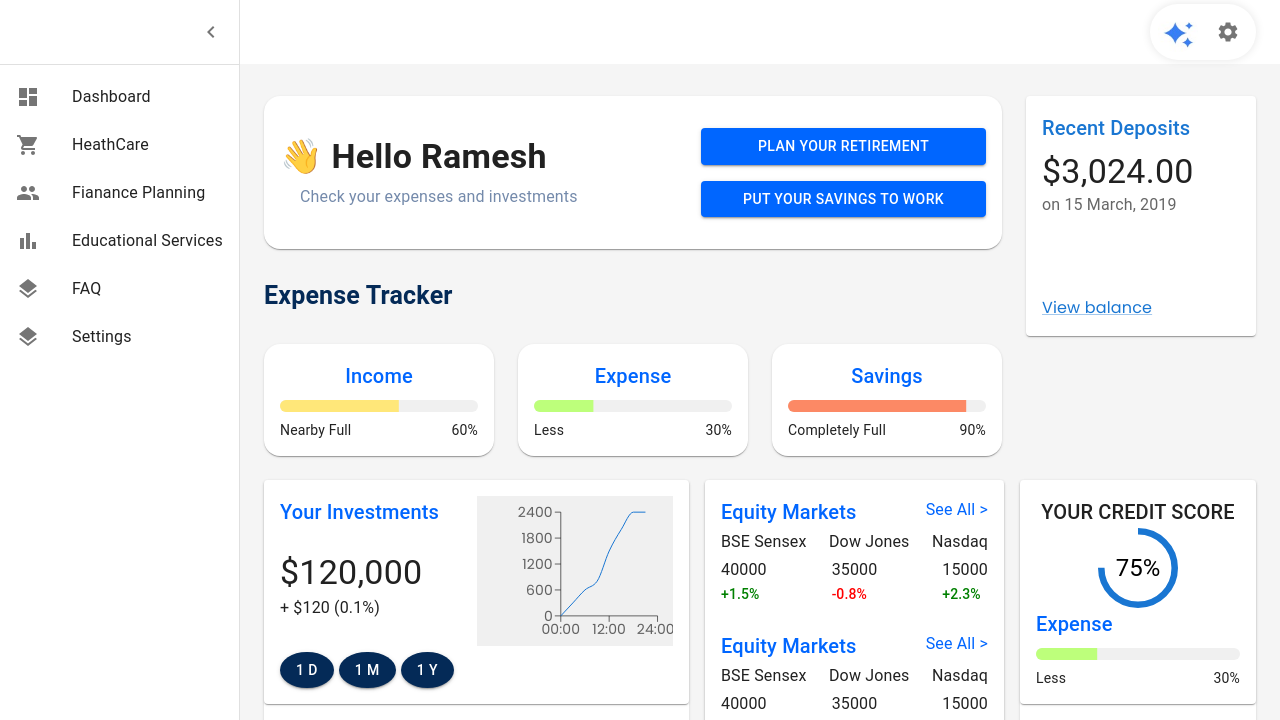
Repository: shubhampirate/TIAA_Retirement_hackathon
Page: /
These files come from the project's save history. The page is drawn as it stood at one moment and after the next save; the edit follows.
The browser window is 1280 px wide. The pictures show the whole page.
An inner scrolling area shows only its first screen. The project was rebuilt for these pictures with package versions that can differ from the ones it lists, and the page was loaded fresh each time. Also part of the build but not shown: src/Components/CustomButton.jsx, src/Components/Navbar.jsx, src/Components/Properties.jsx, src/Components/Footer.jsx, src/Components/Hero.jsx, src/pages/Sign_In.jsx.

Above is the page before, as saved 2023-11-15 13:04:24.

### src/index.css
@import url("https://fonts.googleapis.com/css2?family=Poppins:wght@400;500;700&display=swap");

* {
  margin: 0;
  padding: 0;
  box-sizing: border-box;
  font-family: "Poppins", sans-serif;
}

body {
  margin: 0;
  -webkit-font-smoothing: antialiased;
  -moz-osx-font-smoothing: grayscale;
}

code {
  font-family: source-code-pro, Menlo, Monaco, Consolas, "Courier New",
    monospace;
}

### src/App.jsx
import Hero from "./Components/Hero";
import SignIn from "./pages/Sign_In";
import Dashboard from "./Components/Dashboard";

function App() {
  return (
    <>
      {/* <Hero /> */}
      {/* <SignIn/> */}
      <Dashboard />
    </>
  );
}

export default App;

### src/Components/Dashboard.jsx
import * as React from 'react';
import { styled, createTheme, ThemeProvider } from '@mui/material/styles';
import CssBaseline from '@mui/material/CssBaseline';
import MuiDrawer from '@mui/material/Drawer';
import Box from '@mui/material/Box';
import MuiAppBar from '@mui/material/AppBar';
import Toolbar from '@mui/material/Toolbar';
import List from '@mui/material/List';
import Typography from '@mui/material/Typography';
import Divider from '@mui/material/Divider';
import IconButton from '@mui/material/IconButton';
// import Badge from '@mui/material/Badge';
import Container from '@mui/material/Container';
import Grid from '@mui/material/Grid';
import Paper from '@mui/material/Paper';
// import Link from '@mui/material/Link';
import MenuIcon from '@mui/icons-material/Menu';
import ChevronLeftIcon from '@mui/icons-material/ChevronLeft';
// import NotificationsIcon from '@mui/icons-material/Notifications';
import SettingsIcon from '@mui/icons-material/Settings';
import { mainListItems } from './listItems';
// import Chart from './Chart';
import Deposits from './Deposits';

import heroImg_3 from "../media/img_3.jpeg";
import Button from '@mui/material/Button';
import LinearProgress from '@mui/material/LinearProgress';
import YourComponent from './YourComponent';

  const Title = styled(Typography)(({ theme }) => ({
    fontSize: "25px",
    color: "#042A57",
    fontWeight: "bold",
    textAlign: "left",
    margin: theme.spacing(4, 0, 4, 0),
    [theme.breakpoints.down("sm")]: {
      fontSize: "30px",
    },
  }));
const drawerWidth = 240;

const AppBar = styled(MuiAppBar, {
  shouldForwardProp: (prop) => prop !== 'open',
})(({ theme, open }) => ({
  zIndex: theme.zIndex.drawer + 1,
  transition: theme.transitions.create(['width', 'margin'], {
    easing: theme.transitions.easing.sharp,
    duration: theme.transitions.duration.leavingScreen,
  }),
  ...(open && {
    marginLeft: drawerWidth,
    width: `calc(100% - ${drawerWidth}px)`,
    transition: theme.transitions.create(['width', 'margin'], {
      easing: theme.transitions.easing.sharp,
      duration: theme.transitions.duration.enteringScreen,
    }),
  }),
}));


const ProgressBarBox = ({ title, value }) => {
    let indicatorText = '';
    let color = '';

    if (value <= 30) {
      indicatorText = 'Less';
      color = '#BDFF7B';
    } else if (value <= 70) {
      indicatorText = 'Nearby Full';
      color = '#FFE779';
    } else {
      indicatorText = 'Completely Full';
      color = '#FC8965';
    }

    return (
      <Grid item xs={12} sm={6} md={4}>
        <Paper
          sx={{
            p: 2,
            display: 'flex',
            flexDirection: 'column',
            alignItems: 'center',
            borderRadius: '16px',
          }}
        >
          <Typography variant="h6" sx={{ mb: 1, color: "#0066FF" }}>
            {title}
          </Typography>
          <LinearProgress
          variant="determinate"
          value={value}
          sx={{
            width: '100%',
            height: '12px',
            borderRadius: '8px',
            backgroundColor: '#f0f0f0',
            marginBottom: '8px',
            '& .MuiLinearProgress-bar': {
              backgroundColor: color,
            },
          }}
        />

          <Box
          sx={{
            display: 'flex',
            justifyContent: 'space-between',
            width: '100%',

          }}
        >
          <Typography variant="body2">{indicatorText}</Typography>
          <Typography variant="body2">{value}%</Typography>
        </Box>
        </Paper>
      </Grid>
    );
  };
const Drawer = styled(MuiDrawer, { shouldForwardProp: (prop) => prop !== 'open' })(
  ({ theme, open }) => ({
    '& .MuiDrawer-paper': {
      position: 'relative',
      whiteSpace: 'nowrap',
      width: drawerWidth,
      transition: theme.transitions.create('width', {
        easing: theme.transitions.easing.sharp,
        duration: theme.transitions.duration.enteringScreen,
      }),
      boxSizing: 'border-box',
      ...(!open && {
        overflowX: 'hidden',
        transition: theme.transitions.create('width', {
          easing: theme.transitions.easing.sharp,
          duration: theme.transitions.duration.leavingScreen,
        }),
        width: theme.spacing(7),
        [theme.breakpoints.up('sm')]: {
          width: theme.spacing(9),
        },
      }),
    },
  }),
);

// TODO remove, this demo shouldn't need to reset the theme.
const defaultTheme = createTheme();

export default function Dashboard() {
  const [open, setOpen] = React.useState(true);
  const toggleDrawer = () => {
    setOpen(!open);
  };

  return (
    <ThemeProvider theme={defaultTheme}>
      <Box sx={{ display: 'flex' }}>
        <CssBaseline />
        <AppBar position="absolute" open={open} sx={{ backgroundColor: "#fff", boxShadow: 'none' }}>
  <Toolbar
    sx={{
      pr: '24px', // keep right padding when drawer closed
      display: 'flex',
      alignItems: 'center',
      justifyContent: 'space-between',
    }}
  >
    <Box sx={{ display: 'flex', alignItems: 'center' }}>
      <IconButton
        edge="start"
        aria-label="open drawer"
        onClick={toggleDrawer}
        sx={{
          marginRight: '36px',
          ...(open && { display: 'none' }),
        }}
      >
        <MenuIcon />
      </IconButton>

    </Box>

    <Box sx={{ display: 'flex', alignItems: 'center', boxShadow: '0px 0px 10px rgba(0, 0, 0, 0.1)', borderRadius: '40px', padding: '8px' }}>
  {/* User profile image */}
  <img
    src={heroImg_3}
    alt="User Profile"
    style={{ borderRadius: '50%', width: '40px', height: '40px', marginRight: '10px' }}
  />

  {/* Settings button */}
  <IconButton >

    <SettingsIcon />
  </IconButton>
</Box>
  </Toolbar>
</AppBar>

        <Drawer variant="permanent" open={open}>
          <Toolbar
            sx={{
              display: 'flex',
              alignItems: 'center',
              justifyContent: 'flex-end',
              px: [1],
            }}
          >
            <IconButton onClick={toggleDrawer}>
              <ChevronLeftIcon />
            </IconButton>
          </Toolbar>
          <Divider />
          <List component="nav">
            {mainListItems}
            {/* <Divider sx={{ my: 1 }} /> */}
            {/* {secondaryListItems} */}
          </List>
        </Drawer>
        <Box
          component="main"
          sx={{
            backgroundColor: (theme) =>
              theme.palette.mode === 'light'
                ? theme.palette.grey[100]
                : theme.palette.grey[900],
            flexGrow: 1,
            height: '100vh',
            overflow: 'auto',
          }}
        >
          <Toolbar />
          <Container maxWidth="lg" sx={{ mt: 4, mb: 4 }}>
            <Grid container spacing={3}>

            <Grid item xs={12} md={8} lg={9}>
  <Paper
    sx={{
      p: 2,
      display: 'flex',
      flexDirection: 'column',
      alignItems: 'center',
      borderRadius: '16px', // Adjust the value as needed for more or less curvature
    }}
  >
    {/* Left side content */}
    <Grid container spacing={2} alignItems="center">
      <Grid item xs={12} md={7 }>
        <Typography variant="h4" sx={{ mb: 1, fontWeight: 'bold'}}>
        👋  Hello Ramesh
        </Typography>
        <Typography variant="body1" sx={{color:"#748AAB", paddingLeft:"20px"}}>
          Check your expenses and investments
        </Typography>
      </Grid>

      {/* Right side content */}
      <Grid item xs={12} md={5} sx={{ display: 'flex', flexDirection: 'column', alignItems: 'center' }}>
        <Button variant="contained"  sx={{ width: '100%', backgroundColor: '#0066FF', color: '#fff', mb: { xs: 1, md: 2 } ,mt:{xs:0, md:2}  }}>
        Plan your retirement
        </Button>
        <Button variant="contained"  sx={{ width: '100%', backgroundColor: '#0066FF', color: '#fff', mb:{xs:1, md:2} }}>
        Put your savings to work
        </Button>
      </Grid>
    </Grid>
  </Paper>
  <Title variant="h4" sx={{color: "#042A57"}}>
             Expense Tracker
            </Title>
            <Grid container spacing={3}>
      <ProgressBarBox title="Income" value={60} />
      <ProgressBarBox title="Expense" value={30} />
      <ProgressBarBox title="Savings" value={90} />
    </Grid>
</Grid>


               {/* Recent Deposits */}
              <Grid item xs={12} md={4} lg={3}>
                <Paper
                  sx={{
                    p: 2,
                    display: 'flex',
                    flexDirection: 'column',
                    height: 240,
                  }}
                >
                  <Deposits />
                </Paper>
              </Grid>
              {/* Recent Orders */}
              <Grid item xs={12}>
                {/* <Paper sx={{ p: 2, display: 'flex', flexDirection: 'column' }}> */}
                  <YourComponent />
                {/* </Paper> */}
              </Grid>
            </Grid>

          </Container>
        </Box>
      </Box>
    </ThemeProvider>
  );
}

### src/Components/listItems.jsx
import * as React from 'react';
import ListItemButton from '@mui/material/ListItemButton';
import ListItemIcon from '@mui/material/ListItemIcon';
import ListItemText from '@mui/material/ListItemText';
import ListSubheader from '@mui/material/ListSubheader';
import DashboardIcon from '@mui/icons-material/Dashboard';
import ShoppingCartIcon from '@mui/icons-material/ShoppingCart';
import PeopleIcon from '@mui/icons-material/People';
import BarChartIcon from '@mui/icons-material/BarChart';
import LayersIcon from '@mui/icons-material/Layers';
import AssignmentIcon from '@mui/icons-material/Assignment';

export const mainListItems = (
  <React.Fragment>
    <ListItemButton>
      <ListItemIcon>
        <DashboardIcon />
      </ListItemIcon>
      <ListItemText primary="Dashboard" />
    </ListItemButton>
    <ListItemButton>
      <ListItemIcon>
        <ShoppingCartIcon />
      </ListItemIcon>
      <ListItemText primary="HeathCare" />
    </ListItemButton>
    <ListItemButton>
      <ListItemIcon>
        <PeopleIcon />
      </ListItemIcon>
      <ListItemText primary="Fianance Planning" />
    </ListItemButton>
    <ListItemButton>
      <ListItemIcon>
        <BarChartIcon />
      </ListItemIcon>
      <ListItemText primary="Educational Services" />
    </ListItemButton>
    <ListItemButton>
      <ListItemIcon>
        <LayersIcon />
      </ListItemIcon>
      <ListItemText primary="FAQ" />
    </ListItemButton>
    <ListItemButton>
      <ListItemIcon>
        <LayersIcon />
      </ListItemIcon>
      <ListItemText primary="Settings" />
    </ListItemButton>
  </React.Fragment>
);

// export const secondaryListItems = (
//   <React.Fragment>
//     <ListSubheader component="div" inset>
//       Saved reports
//     </ListSubheader>
//     <ListItemButton>
//       <ListItemIcon>
//         <AssignmentIcon />
//       </ListItemIcon>
//       <ListItemText primary="Current month" />
//     </ListItemButton>
//     <ListItemButton>
//       <ListItemIcon>
//         <AssignmentIcon />
//       </ListItemIcon>
//       <ListItemText primary="Last quarter" />
//     </ListItemButton>
//     <ListItemButton>
//       <ListItemIcon>
//         <AssignmentIcon />
//       </ListItemIcon>
//       <ListItemText primary="Year-end sale" />
//     </ListItemButton>
//   </React.Fragment>
// );

### src/Components/YourComponent.jsx
import React from 'react';
import { Box,Grid, Paper, Typography, CircularProgress, LinearProgress, Button } from '@mui/material';
import Chart from './Chart';
// import ArrowForwardIcon from '@mui/icons-material/ArrowForward';



const InvestmentsBox = () => (
  <Paper sx={{ p: 2, display: 'flex', flexDirection: 'column', alignItems: 'center' }}>
    <div style={{ display: 'flex', justifyContent: 'space-between', width: '100%' }}>
      <div style={{ textAlign: 'left' }}>
        <Typography variant="h6" sx={{color: '#0066FF' }}>Your Investments</Typography>
        <Typography variant="h4" sx={{mt:3}}>$120,000</Typography>
        <Typography variant="subtitle1">+ $120 (0.1%)</Typography>
        {/* Options to choose from */}
        <div style={{ display: 'flex', marginTop: '30px' }}>
          <Button
            variant="contained"
            style={{
              backgroundColor: '#042A57',
              color: '#FFF',
              borderRadius: '50%',
              minWidth: 'unset',
              marginRight: '5px',
            }}
          >
            1 D
          </Button>
          <Button
            variant="contained"
            style={{
              backgroundColor: '#042A57',
              color: '#FFF',
              borderRadius: '50%',
              minWidth: 'unset',
              marginRight: '5px',
            }}
          >
            1 M
          </Button>
          <Button
            variant="contained"
            style={{
              backgroundColor: '#042A57',
              color: '#FFF',
              borderRadius: '50%',
              minWidth: 'unset',
            }}
          >
            1 Y
          </Button>
        </div>
      </div>
      {/* Chart (replace with your actual chart component) */}
      <div style={{ width: '50%', height: '150px', backgroundColor: '#f0f0f0' }}>
        {/* Replace this div with your actual chart component */}
        <div style={{ width: '100%', height: '100%', display: 'flex', justifyContent: 'center', alignItems: 'center' }}>
          <Chart />
        </div>
      </div>
    </div>
  </Paper>
);


const EquityMarketsBox = () => {
  // Mock data for market values
  const marketData = [
    { name: 'BSE Sensex', currentPrice: 40000, increasePercentage: 1.5 },
    { name: 'Dow Jones', currentPrice: 35000, increasePercentage: -0.8 },
    { name: 'Nasdaq', currentPrice: 15000, increasePercentage: 2.3 },
  ];

  return (
    <Paper sx={{ p: 2, display: 'flex', flexDirection: 'column' }}>
  <Typography variant="h6" style={{ display: 'flex', justifyContent: 'space-between', color: '#0066FF' }}>
        Equity Markets
        <Typography variant="subtitle1" style={{ cursor: 'pointer' }}>
          See All &gt;
        </Typography>
      </Typography>
    {/* Display market names in the first line */}
    <div style={{ display: 'flex', justifyContent: 'space-between' }}>
      {marketData.map((market) => (
        <Typography key={market.name} variant="subtitle1">{market.name}</Typography>
      ))}
    </div>
    {/* Display market values in the second line */}
    <div style={{ display: 'flex', justifyContent: 'space-between' }}>
      {marketData.map((market) => (
        <div key={market.name}>
          <Typography variant="subtitle1">{market.currentPrice}</Typography>
          <Typography variant="subtitle2" style={{ color: market.increasePercentage >= 0 ? 'green' : 'red' }}>
            {market.increasePercentage >= 0 ? '+' : ''}{market.increasePercentage}%
          </Typography>
        </div>
      ))}
    </div>
 <br />
  <Typography variant="h6" style={{ display: 'flex', justifyContent: 'space-between', color: '#0066FF' }}>
        Equity Markets
        <Typography variant="subtitle1" style={{ cursor: 'pointer' }}>
          See All &gt;
        </Typography>
      </Typography>
    {/* Display market names in the first line */}
    <div style={{ display: 'flex', justifyContent: 'space-between' }}>
      {marketData.map((market) => (
        <Typography key={market.name} variant="subtitle1">{market.name}</Typography>
      ))}
    </div>
    {/* Display market values in the second line */}
    <div style={{ display: 'flex', justifyContent: 'space-between' }}>
      {marketData.map((market) => (
        <div key={market.name}>
          <Typography variant="subtitle1">{market.currentPrice}</Typography>
          <Typography variant="subtitle2" style={{ color: market.increasePercentage >= 0 ? 'green' : 'red' }}>
            {market.increasePercentage >= 0 ? '+' : ''}{market.increasePercentage}%
          </Typography>
        </div>
      ))}
    </div>

  </Paper>
);
};



// Component for the third box
  // Component for the first box
const ProgressBarBox = ({ title, value }) => {
    let indicatorText = '';
    let color = '';

    if (value <= 30) {
      indicatorText = 'Less';
      color = '#BDFF7B';
    } else if (value <= 70) {
      indicatorText = 'Nearby Full';
      color = '#FFE779';
    } else {
      indicatorText = 'Completely Full';
      color = '#FC8965';
    }

    return (
      <Grid container>
        <Typography variant="h6" sx={{ mb: 1, color: "#0066FF" }}>
          {title}
        </Typography>
        <LinearProgress
          variant="determinate"
          value={value}
          sx={{
            width: '100%',
            height: '12px',
            borderRadius: '8px',
            backgroundColor: '#f0f0f0',
            marginBottom: '8px',
            '& .MuiLinearProgress-bar': {
              backgroundColor: color,
            },
          }}
        />
        <Box
          sx={{
            display: 'flex',
            justifyContent: 'space-between',
            width: '100%',
          }}
        >
          <Typography variant="body2">{indicatorText}</Typography>
          <Typography variant="body2">{value}%</Typography>
        </Box>
      </Grid>
    );
  };

  // Component for the third box
  const CreditScoreBox = () => (
    <Paper sx={{ p: 2, display: 'flex', flexDirection: 'column', alignItems: 'center', position: 'relative' }}>
      <Typography variant="h6">YOUR CREDIT SCORE</Typography>
      {/* Circular Progress Bar */}
      <div style={{ position: 'relative', width: '80px', height: '80px' }}>
        <CircularProgress variant="determinate" value={75} size={80} />
        {/* Display the percentage in the center of the circular progress bar */}
        <Typography
          variant="h5"
          style={{
            position: 'absolute',
            top: '50%',
            left: '50%',
            transform: 'translate(-50%, -50%)',
            color: '#000', // Adjust text color as needed
          }}
        >
          75%
        </Typography>
      </div>
      {/* Include ProgressBarBox with the entire width */}
      <ProgressBarBox title="Expense" value={30} />
    </Paper>
  );

// Main component
const YourComponent = () => (
  <Grid container spacing={2} >
  <Grid item xs={12} md={9}>
    <Grid container spacing={2} style={{ height: '100%' }}>
      <Grid item xs={12} md={8} lg={7}>
        <Paper sx={{ minHeight: '100%' }}>
          <InvestmentsBox />
        </Paper>
      </Grid>
      <Grid item xs={12} md={4} lg={5}>
        <Paper sx={{ minHeight: '100%' }}>
          <EquityMarketsBox />
        </Paper>
      </Grid>
    </Grid>
  </Grid>
  <Grid item xs={12} md={3}>
    <Paper sx={{ minHeight: '100%' }}>
      <CreditScoreBox />
    </Paper>
  </Grid>
</Grid>
);

export default YourComponent;

### src/Components/Chart.jsx
import * as React from 'react';
import { useTheme } from '@mui/material/styles';
import { LineChart, Line, XAxis, YAxis, Label, ResponsiveContainer } from 'recharts';
import Title from './Title';

// Generate Sales Data
function createData(time, amount) {
  return { time, amount };
}

const data = [
  createData('00:00', 0),
  createData('03:00', 300),
  createData('06:00', 600),
  createData('09:00', 800),
  createData('12:00', 1500),
  createData('15:00', 2000),
  createData('18:00', 2400),
  createData('21:00', 2400),
  createData('24:00', undefined),
];

export default function Chart() {
  const theme = useTheme();

  return (
    <React.Fragment>
      {/* <Title>Today</Title> */}
      <ResponsiveContainer>
        <LineChart
          data={data}
          margin={{
            top: 16,
            right: 16,
            bottom: 0,
            left: 24,
          }}
        >
          <XAxis
            dataKey="time"
            stroke={theme.palette.text.secondary}
            style={theme.typography.body2}
          />
          <YAxis
            stroke={theme.palette.text.secondary}
            style={theme.typography.body2}
          >
            {/* <Label
              angle={270}
              position="left"
              style={{
                textAnchor: 'middle',
                fill: theme.palette.text.primary,
                ...theme.typography.body1,
              }}
            >
              Sales ($)
            </Label> */}
          </YAxis>
          <Line
            isAnimationActive={false}
            type="monotone"
            dataKey="amount"
            stroke={theme.palette.primary.main}
            dot={false}
          />
        </LineChart>
      </ResponsiveContainer>
    </React.Fragment>
  );
}

Loaded but not shown: public/index.html (common file); src/index.js (common file); src/Components/Deposits.jsx (common file); src/Components/Title.jsx (common file)

After the next save:
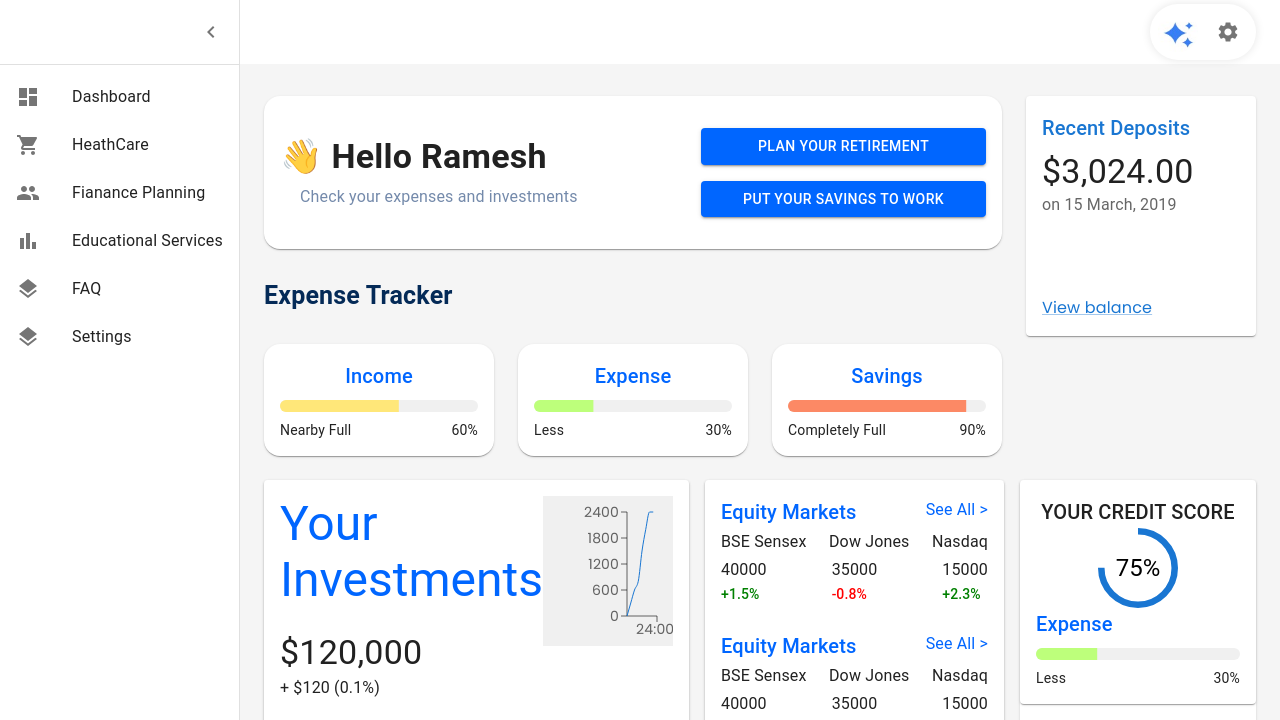
Saved 10 s later.
--- a/src/Components/YourComponent.jsx
+++ b/src/Components/YourComponent.jsx
@@ -9,7 +9,7 @@ const InvestmentsBox = () => (
   <Paper sx={{ p: 2, display: 'flex', flexDirection: 'column', alignItems: 'center' }}>
     <div style={{ display: 'flex', justifyContent: 'space-between', width: '100%' }}>
       <div style={{ textAlign: 'left' }}>
-        <Typography variant="h6" sx={{color: '#0066FF' }}>Your Investments</Typography>
+        <Typography variant="h3" sx={{color: '#0066FF' }}>Your Investments</Typography>
         <Typography variant="h4" sx={{mt:3}}>$120,000</Typography>
         <Typography variant="subtitle1">+ $120 (0.1%)</Typography>
         {/* Options to choose from */}
